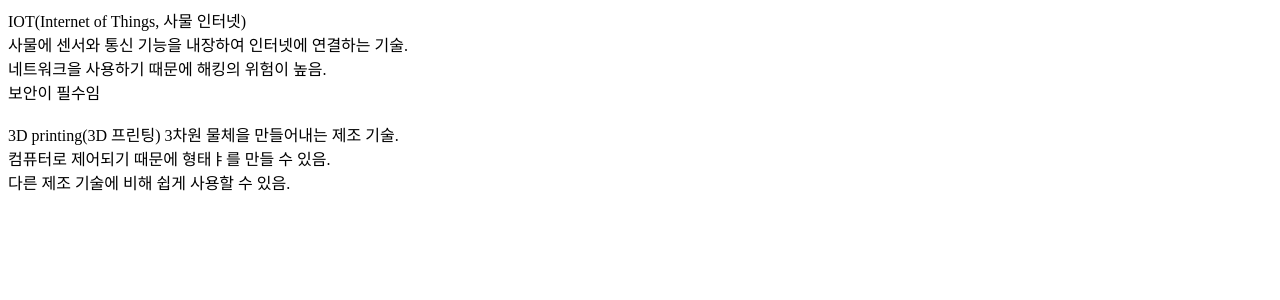
Repository: kmh9964/view
Page: workspace/studyhtml5/src/htmltags01.html
The author's editor kept a copy of each file at every save. The page is drawn from the files as they stood at one save, then again after the next save.
The browser window is 1280 px wide. The pictures show the whole page.

Above is the page before, as saved 2022-12-13 06:32:56.

### workspace/studyhtml5/src/htmltags01.html
<!doctype html>
<html lang="en">
<head>
	<meta charset="UTF-8" />
	<meta http-equiv="X-UA-Compatible" content="IE=Edge" />
	<meta name="viewport" content="width=device-width, initial-scale=1.0">
	<title>Document</title>
</head>
<body>
IOT(Internet of Things, 사물 인터넷)<br>
사물에 센서와 통신 기능을 내장하여 인터넷에 연결하는 기술.<br>
네트워크을 사용하기 때문에 해킹의 위험이 높음.<br>
보안이 필수임<br><br>
3D printing(3D 프린팅)
3차원 물체을 만들어내는 제조 기술.<br>
컴퓨터로 제어되기 때문에 형태ㅑ를 만들 수 있음.<br>
다른 제조 기술에 비해 쉽게 사용할 수 있음.
</body>
</html>

After the next save:
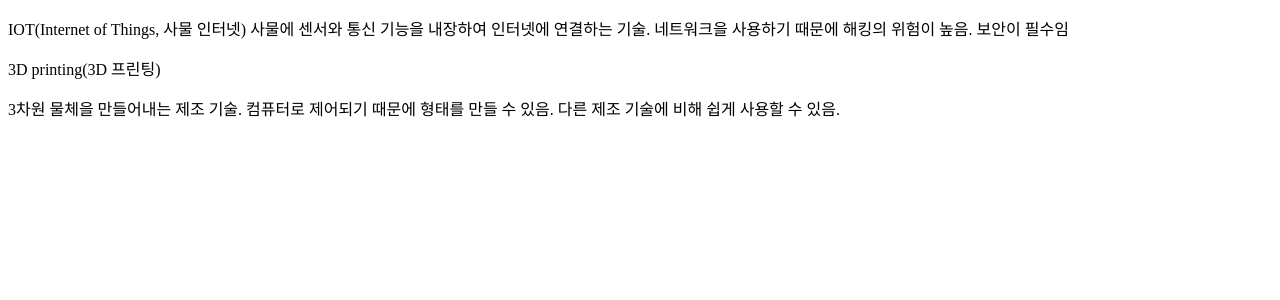
Saved 23 min 19 s later.
--- a/workspace/studyhtml5/src/htmltags01.html
+++ b/workspace/studyhtml5/src/htmltags01.html
@@ -7,13 +7,13 @@
 	<title>Document</title>
 </head>
 <body>
-IOT(Internet of Things, 사물 인터넷)<br>
-사물에 센서와 통신 기능을 내장하여 인터넷에 연결하는 기술.<br>
-네트워크을 사용하기 때문에 해킹의 위험이 높음.<br>
-보안이 필수임<br><br>
-3D printing(3D 프린팅)
-3차원 물체을 만들어내는 제조 기술.<br>
-컴퓨터로 제어되기 때문에 형태ㅑ를 만들 수 있음.<br>
-다른 제조 기술에 비해 쉽게 사용할 수 있음.
+	<p>IOT(Internet of Things, 사물 인터넷)
+		사물에 센서와 통신 기능을 내장하여 인터넷에 연결하는 기술.
+		네트워크을 사용하기 때문에 해킹의 위험이 높음.
+		보안이 필수임</p>
+	<h>3D printing(3D 프린팅)</h>
+	<p>3차원 물체을 만들어내는 제조 기술.
+		컴퓨터로 제어되기 때문에 형태를 만들 수 있음.
+		다른 제조 기술에 비해 쉽게 사용할 수 있음.</p>
 </body>
 </html>
